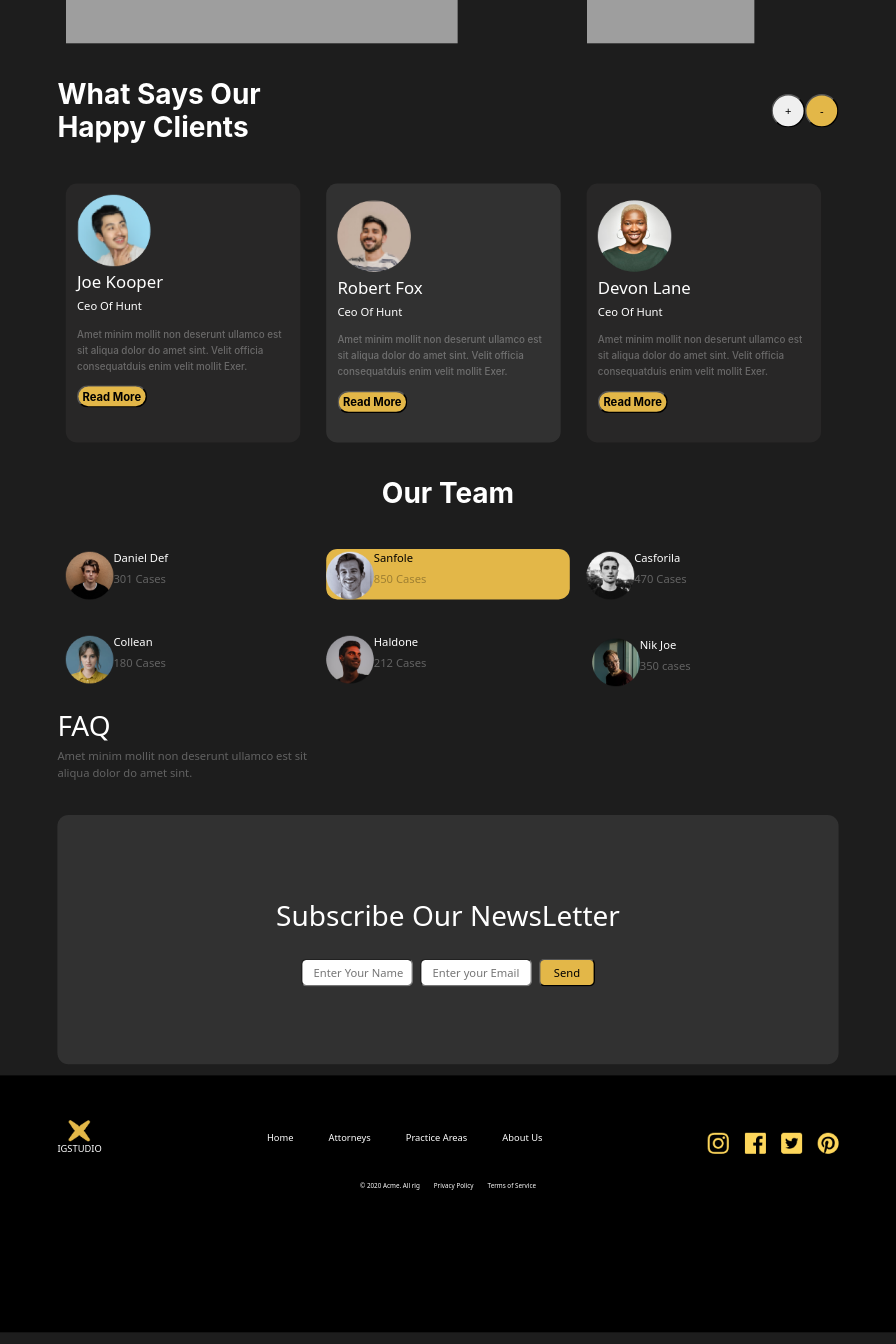
Repository: Senthil-Bala/LawFirm
Page: /
These files come from the project's save history. The page is drawn as it stood at one moment and after the next save; the edit follows.
The browser window is 1280 px wide. The pictures show the part of the page from y = 2045 to 3965 px (the page is 3965 px tall), at 70% of full size.
Pictures or frames that could not be fetched are drawn as grey boxes. The project was rebuilt for these pictures with package versions that can differ from the ones it lists, and the page was loaded fresh each time. Also part of the build but not shown: src/App.css, src/Components/Frequents/Accordionss.css, src/Components/Frequents/Accordionss.jsx.

Above is the page before, as saved 2023-11-29 19:22:06.

### src/App.js
import './App.css';
import 'bootstrap/dist/css/bootstrap.min.css';
import Navbar from "./Components/Navbars/Navbar"
import HeroSection from './Components/Heroess/HeroSection';
import Main from "./Components/Mainss/Main";
import Boxes from "./Components/Box/Boxes";
import Practices from './Components/Practicsing/Practices';
import Clients from "./Components/ClientSides/Clients";
import Team from "./Components/Teamss/Team";
import Faq from "./Components/Frequents/Faq"
import Subscribe from './Components/Subscribes/Subscribe';
import Footer from "./Components/Footers/Footer"

function App() {
  return (
    <>
    <div className="container">
      <Navbar/>
      <HeroSection/>
      <Main/>
      <Boxes/>
      <Practices/>
      <Clients/>
      <Team/>
      <Faq/>
      <Subscribe/>

    </div>
    <Footer/>
    </>
  );
}

export default App;

### src/Components/Navbars/Navbar.jsx
import React from 'react'
import Studio from "../assests/logo.png";
import "./Navbar.css"

function Navbar() {
  return (
    <div className='navbar'>
        <div className="logo ">
            <img src={Studio} alt="Logo"/>
            <p>IGSTUDIO</p>
        </div>
        <div className="mid">
            <p>Home</p>
            <p>Attorneys</p>
            <p>Practice</p>
            <p>About Us</p>
        </div>
        <div className="btn">
            <button>Contact Now</button>
        </div>
    </div>
  )
}

export default Navbar

### src/Components/Heroess/HeroSection.jsx
import React from "react";
import "./HeroSection.css";
import Hero from "../assests/hero.png";
import Container from 'react-bootstrap/Container';
import Row from 'react-bootstrap/Row';
import Col from 'react-bootstrap/Col';
function HeroSection() {
  return (
    <div className="hero">
      <div className="contentLeft">
        <p id="mainHeading">You don’t have to Fight them Alone.</p>
        <p id="subHeading">
          Lorem ipsum dolor sit amet consectetur adipiscing elit blandit,
          curabitur sodales conubia ut inceptos faucibus himenaeos tortor eget,
          hac massa gravida arcu interdum proin curae.
        </p>
        <div className="d-flex">
        <input type="text" placeholder="Share your Email-Id" id="random"/>
        <button className="inBtn mx-2">Lets Talk</button>
        </div>
      </div>
      <div className="contentRight">
        <img src={Hero} alt="Hero" />
      </div>
    </div>

  //   <Container>
  //   <Row>
  //     <Col sm={12} md={6} lg={6} >
  //     <div className="contentLeft">
  //   <p id="mainHeading">You don’t have to Fight them Alone.</p>
  //        <p id="subHeading">
  //        Lorem ipsum dolor sit amet consectetur adipiscing elit blandit,
  //          curabitur sodales conubia ut inceptos faucibus himenaeos tortor eget,
  //          hac massa gravida arcu interdum proin curae.
  //        </p>
  //         <input type="text" placeholder="Share your Email-Id" />
  //     <button className="inBtn">Lets Talk</button>
  //      </div >
  //     </Col>
  //     <Col sm={12} md={6} lg={6}>
  //     <div className="contentRight mt-5">
  //       <img src={Hero} alt="Hero" />
  //    </div>
  //     </Col>
  //   </Row>

  // </Container>








  );
}

export default HeroSection;

### src/Components/Mainss/Main.jsx
import React from "react";
import "./Main.css";
import Container from 'react-bootstrap/Container';
import Row from 'react-bootstrap/Row';
import Col from 'react-bootstrap/Col';
function Main() {
  return (
    <div className="main">
    <div className="left">
        <p>Let’s Introduce <br /> Ourself</p>
    </div>
    {/* <div className="vertical-line"></div> */}
    <div className="right">
        <p id="heading">Criminal Lawyer</p>
        <p id="subHeading">
            Amet minim mollit non deserunt ullamco est sit aliqua dolor do amet
            sint. Velit officia consequatduis enim velit mollit Exercitation.
        </p>
    </div>
</div>



    //Grid layouts

  //   <Container className="mt-5 pt-5">
  //   <Row>
  //     <Col sm={12} md={6} lg={6}>
  //     <div className="left">
  //       <p>Let’s Introduce Ourself</p>
  //     </div>
  //     </Col>
  //     <Col  sm={12} md={6} lg={6}>
  //     <div className="right">
  //       <p id="heading">Criminal Lawyer</p>
  //       <p id="subHeading">
  //         Amet minim mollit non deserunt ullamco est sit aliqua dolor do amet
  //         sint. Velit officia consequatduis enim velit mollit Exercitation.
  //       </p>
  //     </div>
  //     </Col>
  //   </Row>

  // </Container>
  );
}

export default Main;

### src/Components/Box/Boxes.jsx
import React from "react";
import "./Boxes.css";
import Box from "../assests/box.png";
import Container from 'react-bootstrap/Container';
import Row from 'react-bootstrap/Row';
import Col from 'react-bootstrap/Col';
function Boxes() {
  return (
    // <div className="box">
    //   <h1>Why Choose us ?</h1>
    //   <br />
    //   <div className="chooseBox">
    //     <div className="box1">
    //       <img src={Box} alt="" className="mt-2" />
    //       <h4 className="mt-4">100 Success Rate</h4>
    //       <p className="small">
    //         Amet minim mollit non deserunt ullamco est sit aliqua dolor do amet
    //         sint. Velit officia consequatduis enim velit mollit Exer.
    //       </p>
    //     </div>
    //     <div className="box2">
    //       <img src={Box} alt="" className="mt-2" />
    //       <h4 className="mt-4">100 Success Rate</h4>
    //       <p className="small">
    //         Amet minim mollit non deserunt ullamco est sit aliqua dolor do amet
    //         sint. Velit officia consequatduis enim velit mollit Exer.
    //       </p>
    //     </div>
    //     <div className="box3">
    //       <img src={Box} alt="" className="mt-2" />
    //       <h4 className="mt-4">100 Success Rate</h4>
    //       <p className="small">
    //         Amet minim mollit non deserunt ullamco est sit aliqua dolor do amet
    //         sint. Velit officia consequatduis enim velit mollit Exer.
    //       </p>
    //     </div>
    //   </div>
    // </div>
    //Grid layouts

<div>
<h1  className="text-center my-5 heading">Why Choose us ?</h1>

<Container>
<Row className="gx-5 gy-5">
        <Col sm={12} md={6} lg={4} g-5 >
        <div className="box1 mt-2 mr-2">
          <img src={Box} alt="" className="mt-2" />
          <h4 className="mt-4">100 Success Rate</h4>
          <p className="small">
            Amet minim mollit non deserunt ullamco est sit aliqua dolor do amet
            sint. Velit officia consequatduis enim velit mollit Exer.
          </p>
          <button className="chip">Read More</button>
        </div>
        </Col>
        <Col sm={12} md={6} lg={4}>
        <div className="box2 mt-2 mr-2">
          <img src={Box} alt="" className="mt-2" />
          <h4 className="mt-4">100 Success Rate</h4>
          <p className="small">
            Amet minim mollit non deserunt ullamco est sit aliqua dolor do amet
            sint. Velit officia consequatduis enim velit mollit Exer.
          </p>
          <button className="chip" >Read More</button>
        </div>
        </Col>
        <Col sm={12} md={6} lg={4}>
        <div className="box3 mt-2 mr-2">
          <img src={Box} alt="" className="mt-2" />
          <h4 className="mt-4">100 Success Rate</h4>
          <p className="small">
            Amet minim mollit non deserunt ullamco est sit aliqua dolor do amet
            sint. Velit officia consequatduis enim velit mollit Exer.
          </p>
          <button className="chip">Read More</button>
        </div>
        </Col>
      </Row>

    </Container>
    </div>

  );
}

export default Boxes;

### src/Components/Practicsing/Practices.jsx
import React from "react";
import Container from "react-bootstrap/Container";
import Row from "react-bootstrap/Row";
import Col from "react-bootstrap/Col";
import Left from "../assests/left.png";
import Right from "../assests/right.png";
import "./Practices.css";

function Practices() {
  return (
    <div>
      <h1 className="text-center my-5 heading">Area of Practices</h1>

      <Container>
        <Row className="mt-3">
          <Col xs={12} sm={8}>
            <img src={Left} alt="Business law" className="left" />
            <p className="title">Business law</p>

          </Col>
          <Col xs={12} sm={4}>
            <img src={Right} alt="Partnership Law" className="right" />
            <p className="title">Partnership law</p>

          </Col>
        </Row>
        <Row className="mt-3">
        <Col xs={12} sm={4}>
            <img src={Right} alt="Partnership Law" className="right" />
            <p className="title">Real Estate law</p>
          </Col>
          <Col xs={12} sm={8}>
            <img src={Left} alt="Business law" className="left" />
            <p className="title">Business law</p>

          </Col>

        </Row>
        <Row className="mt-3">
          <Col xs={12} sm={8}>
            <img src={Left} alt="Business law" className="left" />
            <p className="title">LandLord Disruptes law</p>

          </Col>
          <Col xs={12} sm={4}>
            <img src={Right} alt="Partnership Law" className="right" />
            <p className="title">ELDER ABSUTE</p>

          </Col>
        </Row>
      </Container>
    </div>
  );
}

export default Practices;

### src/Components/ClientSides/Clients.jsx
import React from "react";
import "./Clients.css";
import EclipseOne from "../assests/EclipseOne.png";
import EclipseTwo from "../assests/EclipseTwo.png";
import EclipseThree from "../assests/EclipseThree.png";
import Container from 'react-bootstrap/Container';
import Row from 'react-bootstrap/Row';
import Col from 'react-bootstrap/Col';
function Clients() {
  return (
    // <div className="box">
    //   <h1>Why Choose us ?</h1>
    //   <br />
    //   <div className="chooseBox">
    //     <div className="box1">
    //       <img src={Box} alt="" className="mt-2" />
    //       <h4 className="mt-4">100 Success Rate</h4>
    //       <p className="small">
    //         Amet minim mollit non deserunt ullamco est sit aliqua dolor do amet
    //         sint. Velit officia consequatduis enim velit mollit Exer.
    //       </p>
    //     </div>
    //     <div className="box2">
    //       <img src={Box} alt="" className="mt-2" />
    //       <h4 className="mt-4">100 Success Rate</h4>
    //       <p className="small">
    //         Amet minim mollit non deserunt ullamco est sit aliqua dolor do amet
    //         sint. Velit officia consequatduis enim velit mollit Exer.
    //       </p>
    //     </div>
    //     <div className="box3">
    //       <img src={Box} alt="" className="mt-2" />
    //       <h4 className="mt-4">100 Success Rate</h4>
    //       <p className="small">
    //         Amet minim mollit non deserunt ullamco est sit aliqua dolor do amet
    //         sint. Velit officia consequatduis enim velit mollit Exer.
    //       </p>
    //     </div>
    //   </div>
    // </div>
    //Grid layouts

<div>
    <div className="clientHead d-flex justify-content-between align-items-center">
<h1  className=" my-5 heading">What Says Our <br /> Happy Clients</h1>
<div className="arrows">
<button>+</button>
<button className="rgt">-</button>
</div>


</div>
<Container>
<Row className="gx-4 gy-4">
        <Col sm={12} md={6} lg={4} >
        <div className="box1 mt-2 mr-2">
          <img src={EclipseOne} alt="" />
          <h4 className="mt-2">Joe Kooper</h4>
          <p >Ceo Of Hunt</p>
          <p className="small">
            Amet minim mollit non deserunt ullamco est sit aliqua dolor do amet
            sint. Velit officia consequatduis enim velit mollit Exer.
          </p>
          <button className="chip">Read More</button>
        </div>
        </Col>
        <Col sm={12} md={6} lg={4}>
        <div className="box2 mt-2 mr-2">
          <img src={EclipseTwo} alt="" className="mt-2" />
          <h4 className="mt-2">Robert Fox</h4>
          <p >Ceo Of Hunt</p>
          <p className="small">
            Amet minim mollit non deserunt ullamco est sit aliqua dolor do amet
            sint. Velit officia consequatduis enim velit mollit Exer.
          </p>
          <button className="chip" >Read More</button>
        </div>
        </Col>
        <Col sm={12} md={6} lg={4}>
        <div className="box3 mt-2 mr-2">
          <img src={EclipseThree} alt="" className="mt-2" />
          <h4 className="mt-2">Devon Lane</h4>
          <p >Ceo Of Hunt</p>
          <p className="small">
            Amet minim mollit non deserunt ullamco est sit aliqua dolor do amet
            sint. Velit officia consequatduis enim velit mollit Exer.
          </p>
          <button className="chip">Read More</button>
        </div>
        </Col>
      </Row>

    </Container>
    </div>

  );
}

export default Clients;

### src/Components/Teamss/Team.jsx
import React from 'react'
import Container from 'react-bootstrap/esm/Container'
import Row from 'react-bootstrap/Row';
import Col from 'react-bootstrap/Col';
import Daniel from "../assests/Daniel.png";
import Sanfole from "../assests/Sanfole.png";
import Casforila from "../assests/Casforila.png";
import Collean from "../assests/Collean.png";
import Haldone from "../assests/Haldone.png";
import Nik from "../assests/Nik.png"
import "./Team.css"

function Team() {
  return (
    <div className='teamDiv my-3'>
        <h1 className="text-center mt-5 heading">Our Team</h1>

        <Container>
        <Row>

        <Col xs={6} md={4} lg={4} className='mt-5'>
            <div className="items d-flex pt-1 ">
        <img src={Daniel} alt="" className='mr-3'/>
        <div>
          <h6 >Daniel Def</h6>
          <p className="opac">301 Cases</p>
          </div>
          </div>
        </Col>

        <Col xs={6} md={4} lg={4} className='mt-5'>
            <div className="items d-flex sanfole pt-1 ">
        <img src={Sanfole} alt="" className='mr-3 '/>
        <div>
          <h6>Sanfole</h6>
          <p className="opac">850 Cases</p>
          </div>
          </div>
        </Col>

        <Col xs={6} md={4}  lg={4} className='mt-5'>
            <div className="items d-flex pt-1">
        <img src={Casforila} alt="" className='mr-3'/>
        <div>
          <h6 >Casforila</h6>
          <p className="opac">470 Cases</p>
          </div>
          </div>
        </Col>

        <Col xs={6} md={4} lg={4} className='mt-5'>
            <div className="items d-flex pt-1 ">
        <img src={Collean} alt="" className='mr-3'/>
        <div>
          <h6 >Collean</h6>
          <p className="opac">180 Cases</p>
          </div>
          </div>
        </Col>

        <Col xs={6} md={4}  lg={4} className='mt-5'>
            <div className="items d-flex pt-1">
        <img src={Haldone} alt="" className='mr-3'/>
        <div>
          <h6 >Haldone</h6>
          <p className="opac">212 Cases</p>
          </div>
          </div>
        </Col>

        <Col xs={6} md={4}  lg={4} className='mt-5'>
            <div className="items d-flex p-2">
        <img src={Nik} alt="" className='mr-3'/>
        <div>
          <h6 >Nik Joe</h6>
          <p className="opac">350 cases</p>
          </div>
          </div>
        </Col>

      </Row>
      </Container>
    </div>
  )
}

export default Team

### src/Components/Frequents/Faq.jsx
import React from "react";
import Accordionss from "./Accordionss"
import "./Faq.css"
function Faq() {
  return (
    <div className="te">
      <div className="faq my-4">
        <h1>FAQ</h1>
        <p className="faqContent">
          Amet minim mollit non deserunt ullamco est sit <br /> aliqua dolor do amet
          sint.
        </p>
      </div>
      <div className="accordions mt-5">
        {/* <Accordions/> */}
      </div>
    </div>
  );
}

export default Faq;

### src/Components/Subscribes/Subscribe.jsx
import React from 'react'
import "./Subscribe.css"
function Subscribe() {
  return (
    <div className='subscribes mt-3'>
    <div className="newsLetter">
<h1 className='text-center mt-2'>Subscribe Our NewsLetter</h1>
</div>
<div className="inputAndbutton">
    <input type="text" className='inputOne' placeholder='Enter Your Name'/>
    <input type="text" className='inputOne' placeholder='Enter your Email'/>
    <button id='send'>Send</button>
</div>
    </div>
  )
}

export default Subscribe

### src/Components/Footers/Footer.jsx
import React from 'react'
import "./Footer.css";
import logo from "../assests/logo.png";
import Group from "../assests/group.png"
function Footer() {
  return (
    <div className='footerDiv my-3'>
        <div className="firstDiv container text-center">
           <div className='logoDiv'>
            <img src={logo} alt="logo" />
            <p>IGSTUDIO</p>
           </div>
           <div className="mainDiv ">
            <p>Home</p>
            <p>Attorneys</p>
            <p>Practice Areas</p>
            <p>About Us</p>
           </div>
           <div>
            <img src={Group} alt="Icons" />
           </div>
        </div>
        <br />
        <div className="secondDiv  ">
            <p>© 2020 Acme. All rig</p>
            <p>Privacy Policy</p>
            <p>Terms of Service</p>
        </div>

    </div>
  )
}

export default Footer

### src/Components/Navbars/Navbar.css
.navbar {
    display: flex;
    justify-content: space-between;
    align-items: center;
    /* width: 100%;
    height: 3rem; */

}

.mid {
    display: flex;
    gap: 30px;
    font-family: Inter;
    text-align: center;
    justify-content: space-between;
    align-items: center;

}

.btn button {
    border: 2px solid #FFFFFF;
    background-color: #1D1D1D;
    color: #FFFFFF;
    /* justify-content: center;
    align-items: center; */
}

.logo {
    display: flex;
    justify-content: center;
    align-items: center;
    gap: 20px;
}

.logo img{
    height: 1rem;
}

### src/Components/Heroess/HeroSection.css
.hero {
    display: flex;
    justify-content: space-between;
    align-items: center;
    gap: 30px;
    font-family: Inter;

}

.contentLeft {
    margin-top: 5rem;
    display: flex;
    flex-direction: column;
    gap: 30px;
}

.contentRight {
    width: 467.71px;
    height: 467.71px;
}

.inBtn {
    background: rgba(227, 183, 72, 1);

    color: black;
    font-family: Inter;
    font-weight: bold;
    height: 3rem;
    padding: 1rem;
    display: flex;
    justify-content: center;
    align-items: center;
    border-radius: 3rem;
    text-align: center;
    /* position: absolute; */
    right: 58.5%;
    top: 77.5%;
    outline: 0;
}

#random{
    height: 3rem;
    padding: 1rem;
    border-radius: 3rem;
    width: 21rem;
    /* position: relative; */
    background-color:rgb(47, 50, 50);
    color: darkslategray;
    outline: 0;
}

#mainHeading {
    font-size: 66px;
    font-weight: 500;
    line-height: 97px;
    letter-spacing: 0em;
    text-align: left;

}

#subHeading {
    color: dimgrey;

}

### src/Components/Mainss/Main.css
.main {
    display: flex;
    justify-content: center;
    text-align: center;
    margin-top: 6rem;
}

.left {
    font-family: Inter;
    font-size: 54px;
    font-weight: 600;
    line-height: 87px;
    text-align: left;


}
/* Styling for the main container */
.main {
    display: flex;
    align-items: center;
}

/* Styling for the vertical line */
.vertical-line {
    border-left: 1px solid dimgray; /* Set color for the left border */
    height: 100px; /* Set height of the line */
    margin: 0 20px; /* Adjust margin as needed */
}



.right{
    display: flex;
    flex-direction: column;

}
#heading {
    font-family: Inter;
    font-size: 32px;
    font-weight: 600;
    line-height: 52px;
    letter-spacing: 0em;
    text-align: center;
    /* width: 475px;
    height: 155px; */

}
#subHeading{
    color: dimgrey;
    /* width: 475px;
height: 87px;

opacity: 0.3px; */

}

### src/Components/Box/Boxes.css
.box{
    margin-top: 6rem;
    text-align: center;
}
.chooseBox{
    display: flex;
    justify-content: space-between;
}
.box1,.box2,.box3{
    width: 335px;
height: 370px;
padding: 1rem;
text-align: left;
/* border: 2px solid; */
border-radius: 1rem;
background-color:rgb(40, 39, 39);

}
.box2{
    background: rgba(71, 71, 71, 0.5);

}
.small{
    font-family: Inter;
font-size: 14px;
font-weight: 500;
line-height: 23px;
letter-spacing: 0em;
text-align: left;
opacity: 30%;

}
.chip{
    background: rgba(227, 183, 72, 1);

    color: black;
    font-family: Inter;
    font-weight: bold;
    height: 2rem;
    /* padding: 1rem; */
    display: flex;
    justify-content: center;
    align-items: center;
    border-radius: 1.5rem;
    text-align: center;
}
.heading{
    font-family: Inter;
    font-weight: bold;

}

### src/Components/Practicsing/Practices.css
.left{
    width:35rem;
    height:12rem;
    text-transform: uppercase;
    position: relative;

}
.right{
    width:15rem;
    height:12rem;
    position: relative;

}
.title{
    position: absolute;
    bottom: 0px;
    left: 30%;
    text-align: center;
    text-transform: uppercase;
}

### src/Components/ClientSides/Clients.css
.arrows button{
    border-radius: 50%;
    height: 3rem;
    width: 3rem;
}
.rgt{
    background: rgba(227, 183, 72, 1);
}
.box2{
    background: rgba(71, 71, 71, 0.5);

}

### src/Components/Teamss/Team.css
.opac{
    opacity: 30%;
}

.sanfole{
    background: rgba(227, 183, 72, 1);
border-radius: 1rem;
color: black;

}

### src/Components/Frequents/Faq.css
.faqContent{
    opacity: 30%;
}

### src/Components/Subscribes/Subscribe.css
.subscribes{
height: 356px;
background: rgba(71, 71, 71, 0.5);
display: flex;
flex-direction: column;
justify-content: center;
align-items: center;
border-radius: 1rem;
gap: 30px;
}
#send{
    background: rgba(227, 183, 72, 1);
    height: 2.5rem;
    width: 5rem;
    border-radius: 0.5rem;

}
.inputOne{
    width: 10rem;
    height: 2.5rem;
    border-radius: 0.5rem;
    padding-left: 1rem;

}
.inputAndbutton{
display: flex;
justify-content: space-between;
gap: 10px;
}

### src/Components/Footers/Footer.css
.footerDiv{

height: 367px;
/* border: 1px solid white; */
display: flex;
flex-direction: column;
font-size: smaller;
background-color: black;
/* width: 100%; */


}
.firstDiv{
    display: flex;
    justify-content: space-between;
    align-items: center;
    margin-top: 4rem;
}
.mainDiv{
    display: flex;
    justify-content: center;
    /* align-items: center; */
    gap:50px;
}
.secondDiv{
    display: flex;
    justify-content: center;
    align-items: center;
    gap:20px;
    /* margin-top: 2rem; */
    font-size: xx-small;

}

Loaded but not shown: public/index.html (common file); src/index.js (common file); src/index.css (common file); src/reportWebVitals.js (common file)

After the next save:
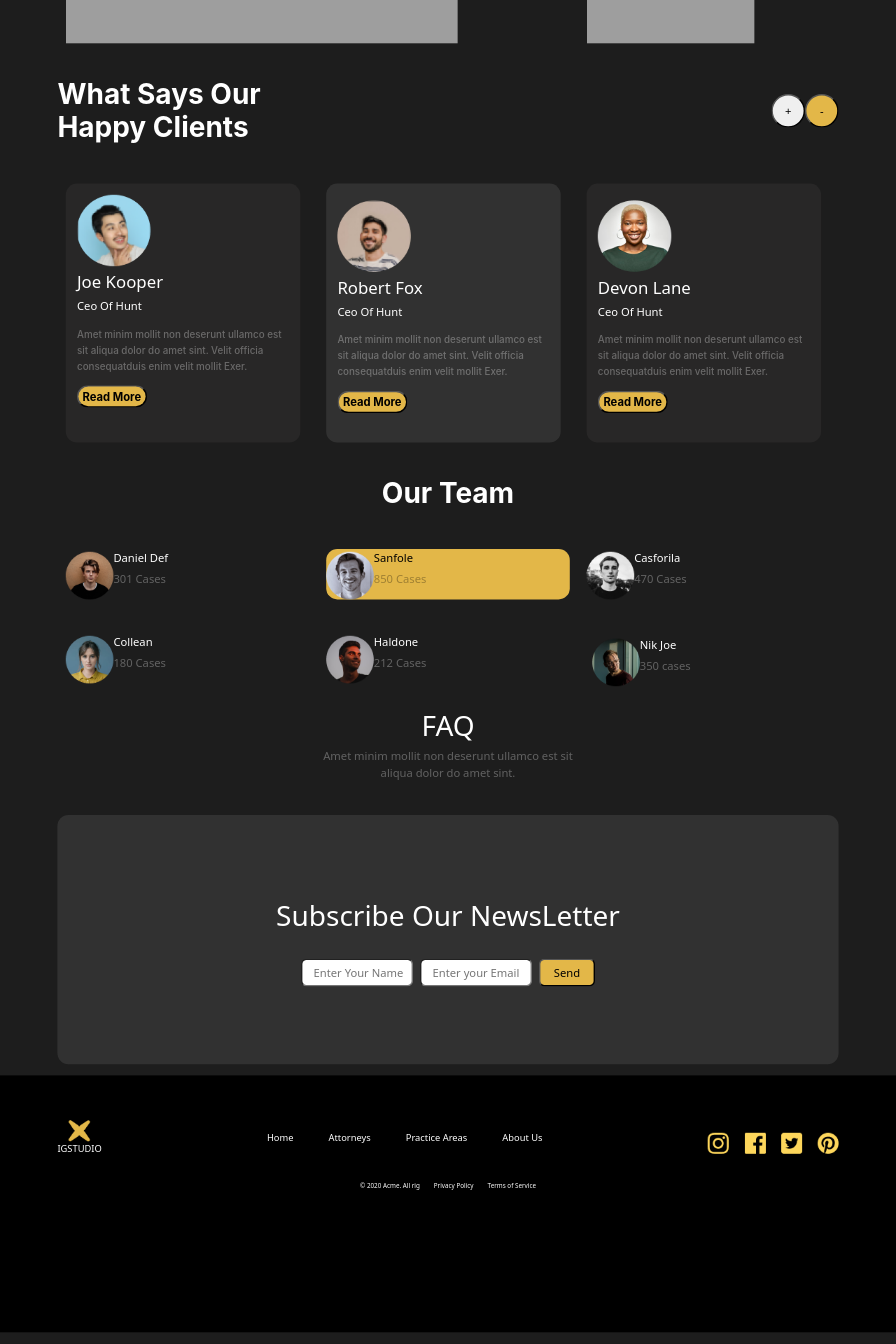
Saved 4 s later.
--- a/src/Components/Frequents/Faq.jsx
+++ b/src/Components/Frequents/Faq.jsx
@@ -3,7 +3,7 @@ import Accordionss from "./Accordionss"
 import "./Faq.css"
 function Faq() {
   return (
-    <div className="te">
+    <div className="text-center">
       <div className="faq my-4">
         <h1>FAQ</h1>
         <p className="faqContent">
